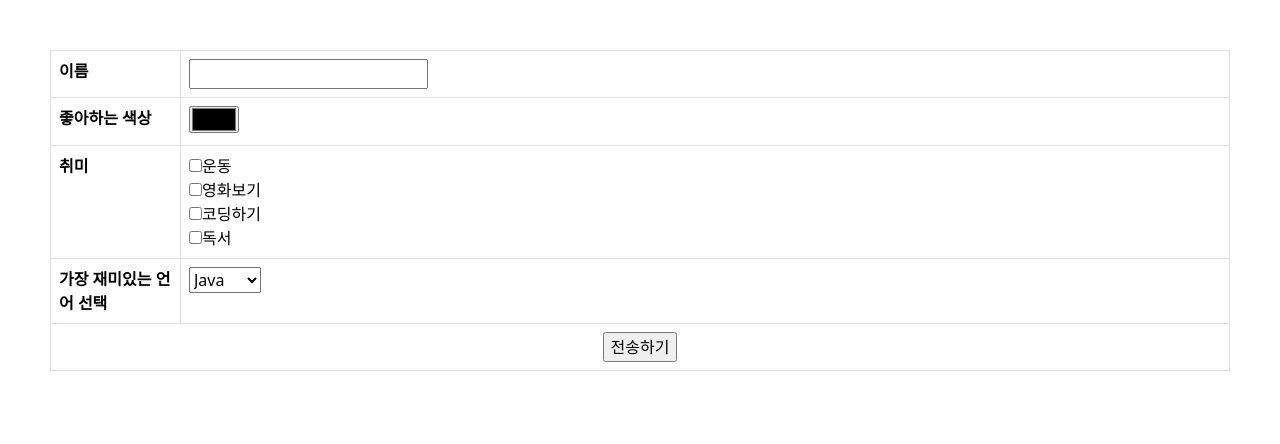
Repository: handongheee/Sist0103Project
Page: http://localhost/SpringMvcTest/WEB-INF/info/infoForm.jsp
These files come from the project's save history. The page is drawn as it stood at one moment and after the next save; the edit follows.
The browser window is 1280 px wide. The pictures show the whole page.
Some web fonts or font styles are not loaded; a fallback is used. The page is served by Tomcat 9. Nobody is signed in. The template is opened directly, without the code that normally fills it, so the values that code supplies are empty.

Above is the page before, as saved 2024-05-03 07:15:33.

After the next save:
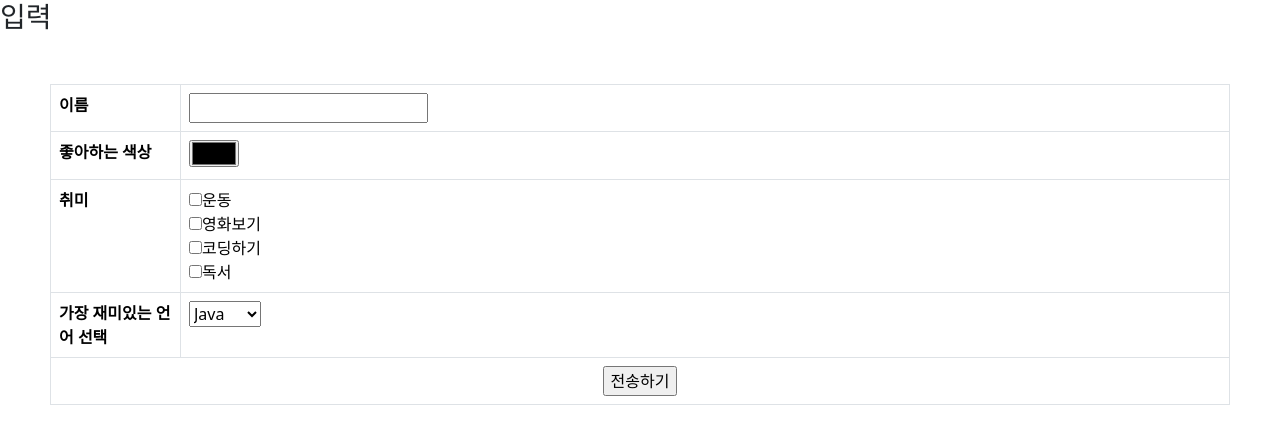
Saved 42 s later.
--- a/sts3work/SpringMvcTest/src/main/webapp/WEB-INF/info/infoForm.jsp
+++ b/sts3work/SpringMvcTest/src/main/webapp/WEB-INF/info/infoForm.jsp
@@ -18,6 +18,7 @@
 <title>Insert title here</title>
 </head>
 <body>
+	<h3>입력</h3>
 	<div style="margin: 50px 50px;">
 		<form action="result" method="post">
 			<table class="table table-bordered">
